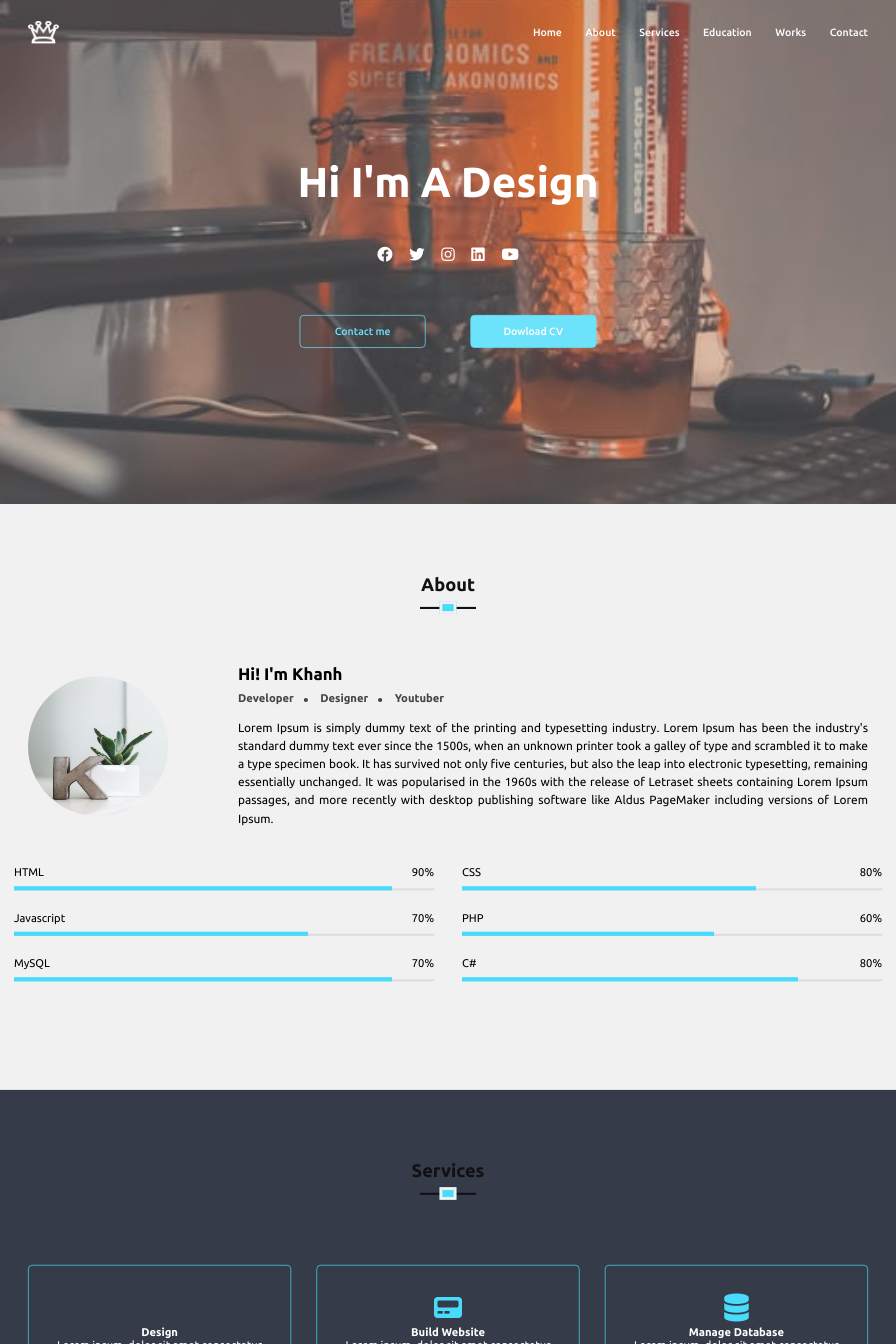
Repository: khanhdiii/DisplayHTML
Page: BuildResponsive/index.html
An editor plug-in stored every save of this project. The page is shown before and after the next save, followed by the edit.
The browser window is 1280 px wide. The pictures show the part of the page from y = 0 to 1920 px (the page is 5087 px tall), at 70% of full size.
Backgrounds fixed to the window are drawn as part of the page.

Above is the page before, as saved 2021-09-27 17:26:39.

After the next save:
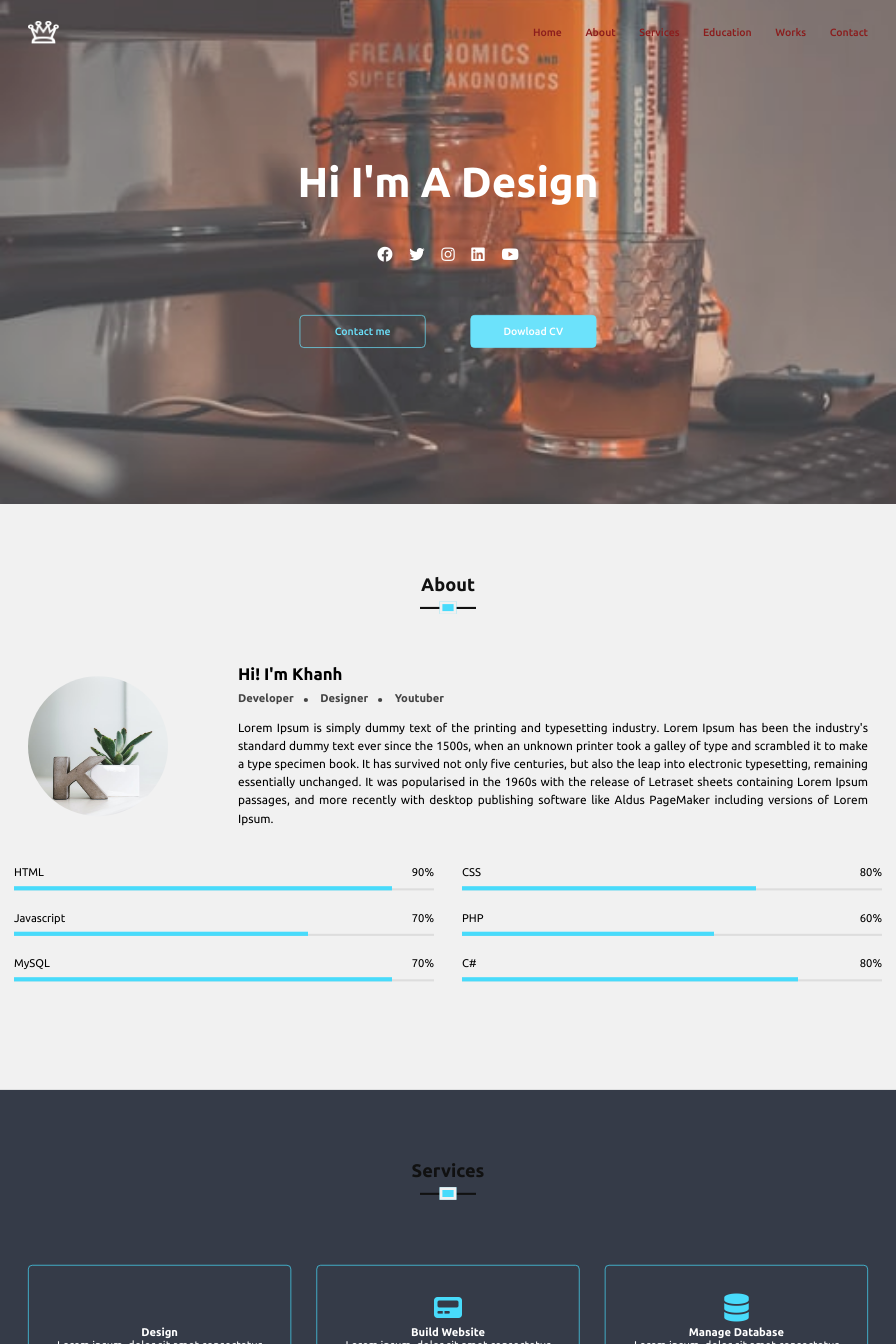
Saved 17 s later.
--- a/BuildResponsive/css/style.css
+++ b/BuildResponsive/css/style.css
@@ -71,7 +71,7 @@ html {
 }
 
 .navbar-menu a {
-  color: #fff;
+  color: rgb(139, 29, 29);
   font-size: 15px;
   font-weight: 500;
   margin-left: 30px;
